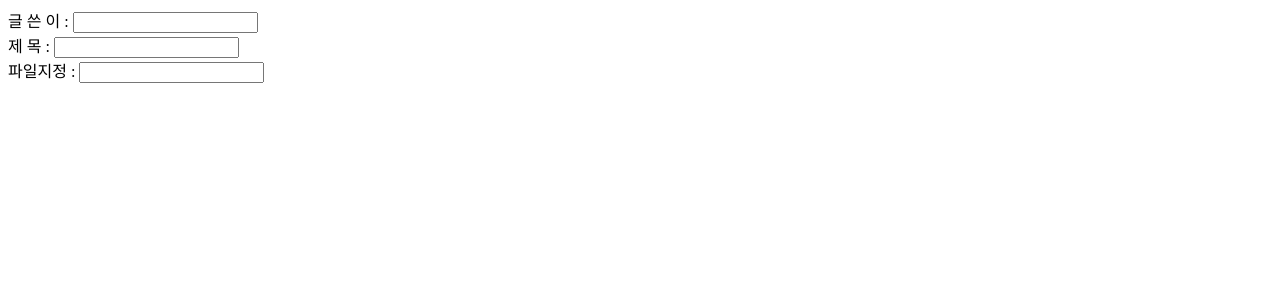
Repository: shinymusket/ideal-memory2
Page: http://localhost/web10/ex01_fileUpload.jsp
These files come from the project's save history. The page is drawn as it stood at one moment and after the next save; the edit follows.
The browser window is 1280 px wide. The pictures show the whole page.
The page is served by Tomcat 9.

Above is the page before, as saved 2022-06-15 03:41:02.

### jspWorkSpace/web10/WebContent/ex01_fileUpload.jsp
<%@ page language="java" contentType="text/html; charset=UTF-8"
    pageEncoding="UTF-8"%>
<!DOCTYPE html>
<html>
<head>
<meta charset="UTF-8">
<title>Insert title here</title>
</head>
<body>
	<form action="uploadServlet" method="post" enctype="multipart/form-data">
		글  쓴  이 : <input type="text" name="name"><br>
		제      목  : <input type="text" name="name"><br>
		파일지정  : <input type="text" name="name"><br>
	</form>
</body>
</html>

After the next save:
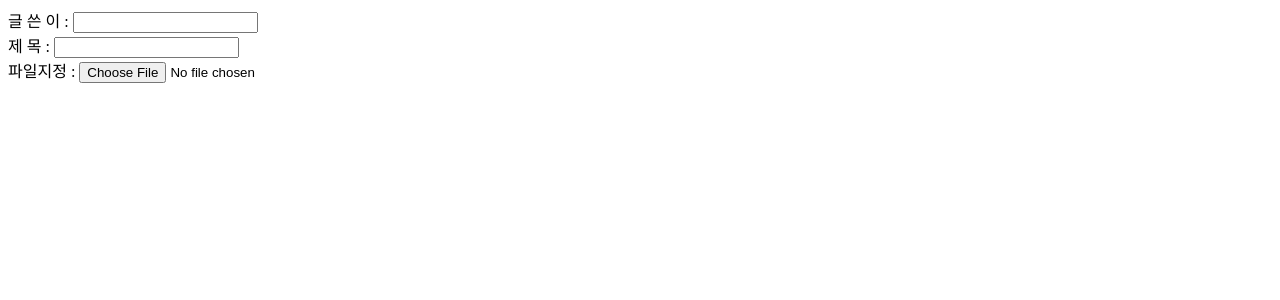
Saved 6 s later.
--- a/jspWorkSpace/web10/WebContent/ex01_fileUpload.jsp
+++ b/jspWorkSpace/web10/WebContent/ex01_fileUpload.jsp
@@ -10,7 +10,7 @@
 	<form action="uploadServlet" method="post" enctype="multipart/form-data">
 		글  쓴  이 : <input type="text" name="name"><br>
 		제      목  : <input type="text" name="name"><br>
-		파일지정  : <input type="text" name="name"><br>
+		파일지정  : <input type="file" name="name"><br>
 	</form>
 </body>
 </html>
